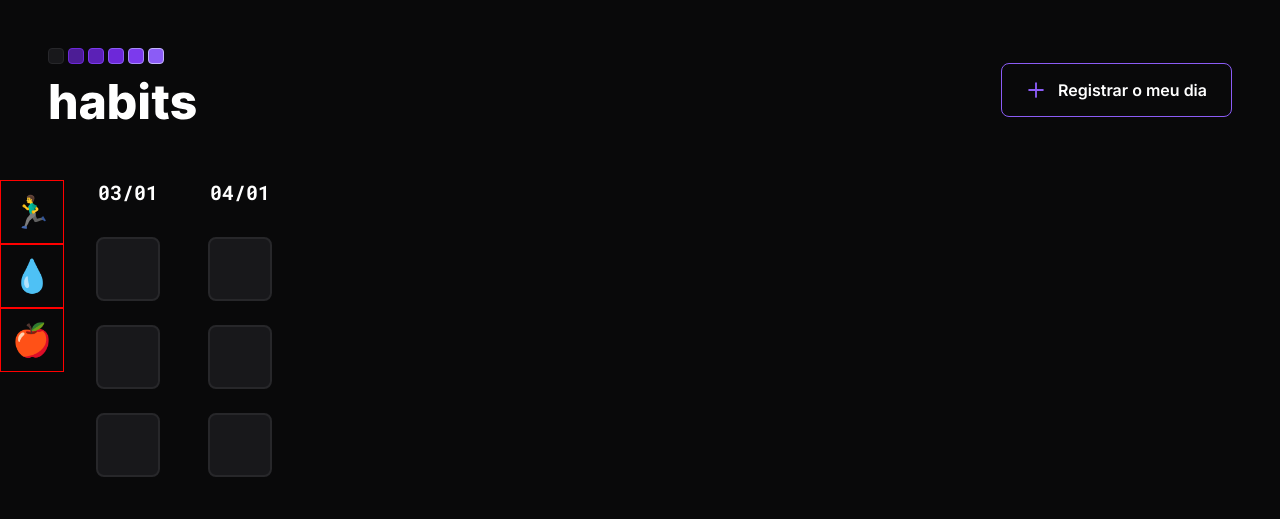
Repository: AntonyCosta/nlw-setup
Page: index.html
An editor plug-in stored every save of this project. The page is shown before and after a run of saves, followed by the edit.
The browser window is 1280 px wide. The pictures show the whole page.

Above is the page before, as saved 2023-01-18 04:00:18.

After the next 2 saves:
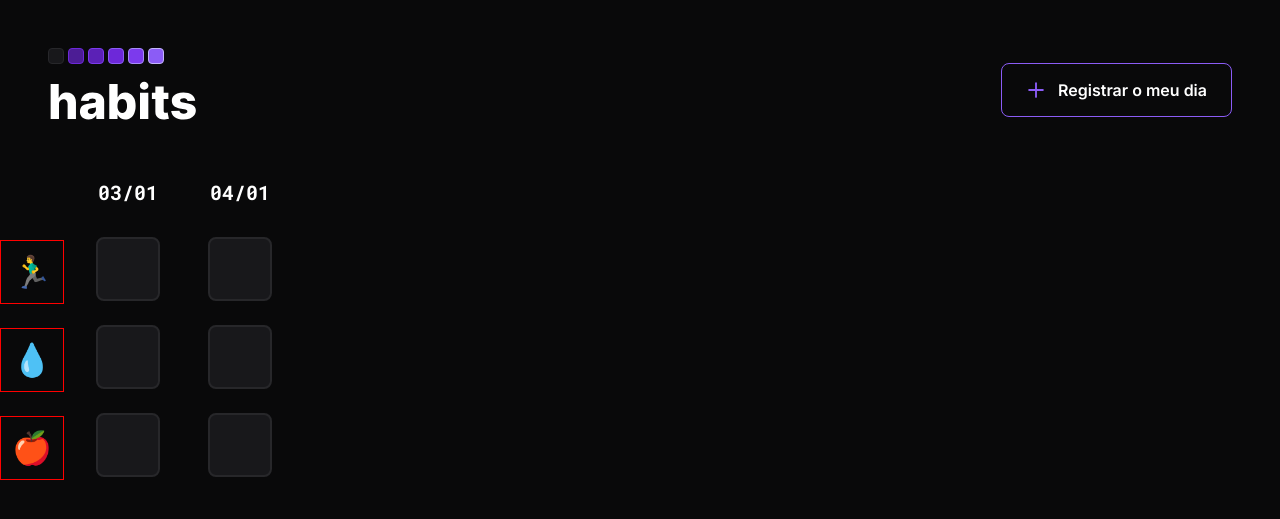
The 2 saves are shown as one change because they came seconds apart.
The last was saved 7 s later.
--- a/style.css
+++ b/style.css
@@ -44,7 +44,7 @@ form {
 }
 
 .habits {
-  mar
+  margin-top: 60px;
   display: flex;
   flex-direction: column;
   gap: 24px;
